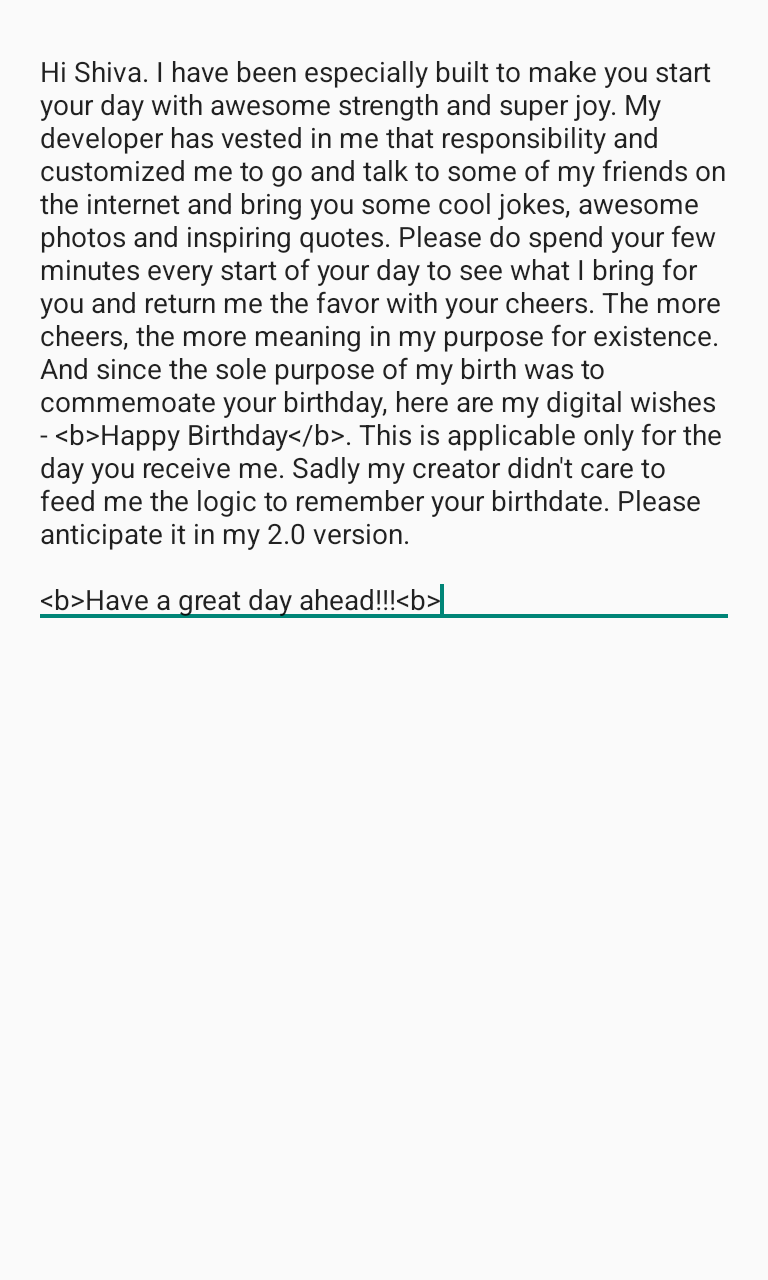
Repository: gitvas/FewMinutesEveryday
Layout: WorkspaceOne/FewMinutesEveryday/res/layout/activity_main.xml
These files come from the project's save history. The layout is drawn as it stood at one moment and after the next save; the edit follows.
It is drawn on a 768 x 1280 px phone screen (xhdpi) without system bars, with theme AppTheme; the app's code is not run.

Above is the layout before, as saved 2014-08-18 16:18:26.

After the next save:
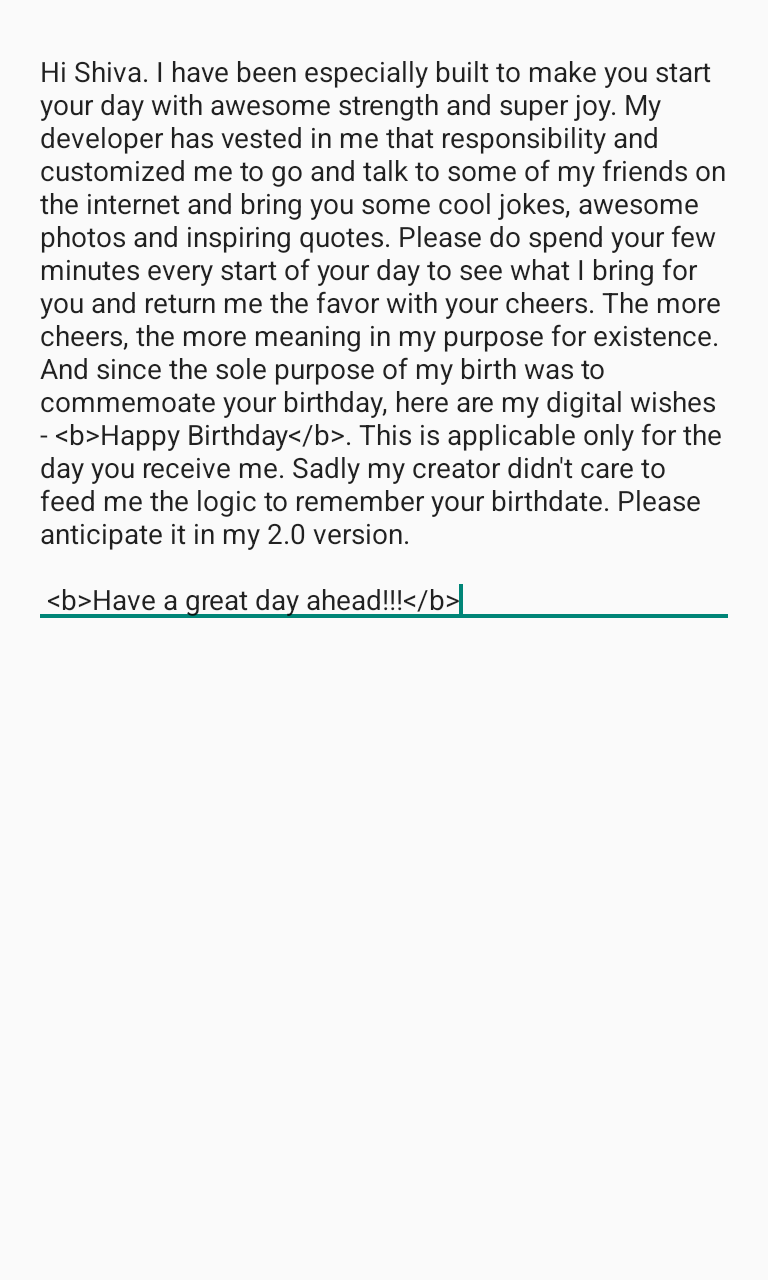
Saved 35 s later.
--- a/WorkspaceOne/FewMinutesEveryday/res/values/strings.xml
+++ b/WorkspaceOne/FewMinutesEveryday/res/values/strings.xml
@@ -3,6 +3,6 @@
 
     <string name="app_name">FewMinutesEveryday</string>
     <string name="action_settings">Settings</string>
-    <string name="intro_text">Hi Shiva. I have been especially built to make you start your day with awesome strength and super joy. My developer has vested in me that responsibility and customized me to go and talk to some of my friends on the internet and bring you some cool jokes, awesome photos and inspiring quotes. Please do spend your few minutes every start of your day to see what I bring for you and return me the favor with your cheers. The more cheers, the more meaning in my purpose for existence. \nAnd since the sole purpose of my birth was to commemoate your birthday, here are my digital wishes - &lt;b&gt;Happy Birthday&lt;/b&gt;. This is applicable only for the day you receive me. Sadly my creator didn\'t care to feed me the logic to remember your birthdate. Please anticipate it in my 2.0 version. \n\n&lt;b&gt;Have a great day ahead!!!&lt;b&gt;</string>
+    <string name="intro_text">Hi Shiva. I have been especially built to make you start your day with awesome strength and super joy. My developer has vested in me that responsibility and customized me to go and talk to some of my friends on the internet and bring you some cool jokes, awesome photos and inspiring quotes. Please do spend your few minutes every start of your day to see what I bring for you and return me the favor with your cheers. The more cheers, the more meaning in my purpose for existence. \nAnd since the sole purpose of my birth was to commemoate your birthday, here are my digital wishes - &lt;b&gt;Happy Birthday&lt;/b&gt;. This is applicable only for the day you receive me. Sadly my creator didn\'t care to feed me the logic to remember your birthdate. Please anticipate it in my 2.0 version. \n\n \&lt;b\&gt;Have a great day ahead!!!\&lt;/b\&gt;</string>
 
 </resources>
